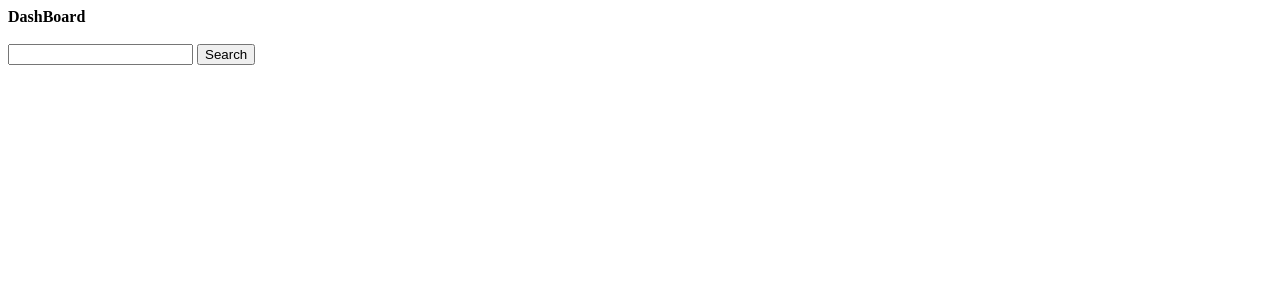
Repository: kevinfang111/417
Page: http://localhost/auction1/dashboard.jsp
The author's editor kept a copy of each file at every save. The page is drawn from the files as they stood at one save, then again after the next save.
The browser window is 1280 px wide. The pictures show the whole page.
The page is served by Tomcat 9.

Above is the page before, as saved 2013-04-08 01:48:23.

After the next save:
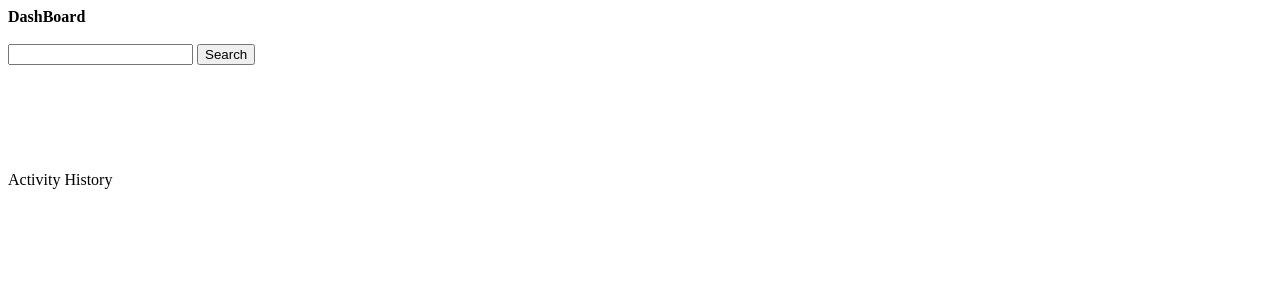
Saved 23 s later.
--- a/auction1/war/dashboard.jsp
+++ b/auction1/war/dashboard.jsp
@@ -14,4 +14,6 @@
 	<br></br>
 	<br></br>
 
+	<br>Activity History</br>
+
 </html>
